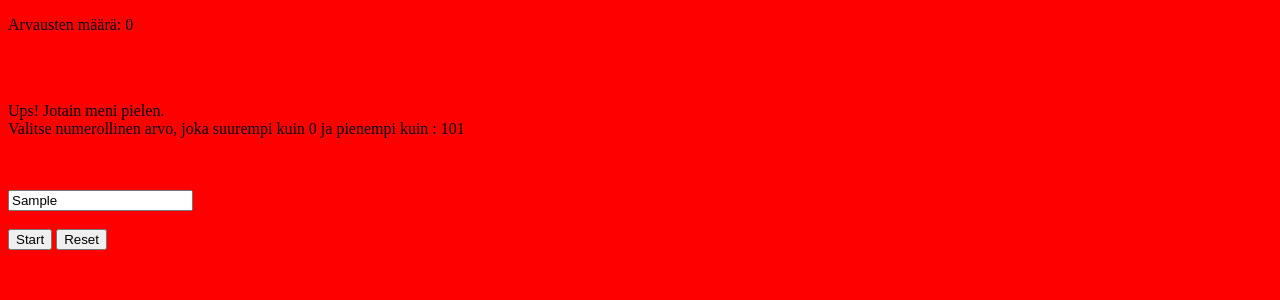
Repository: VadimZubchenko/numeronarvouspeli_JS
Page: public/index.html
An editor plug-in stored every save of this project. The page is shown before and after the next save, followed by the edit.
The browser window is 1280 px wide. The pictures show the whole page.
Empty fields were first filled with sample values (such as "Sample", 5 or name@example.com).
After loading, the first visible `#startGame` was clicked once.

Above is the page before, as saved 2022-04-25 22:28:12.

After the next save:
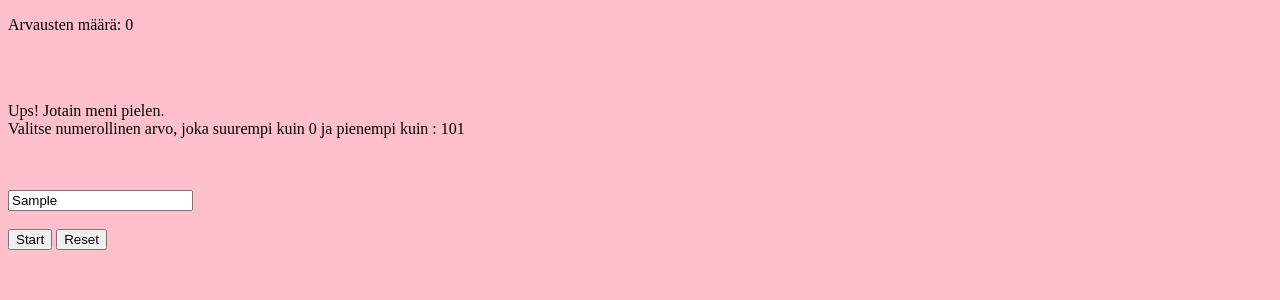
Saved 81 s later.
--- a/public/script.js
+++ b/public/script.js
@@ -42,7 +42,7 @@ function startGame() {
       lastMin +
       " ja pienempi kuin : " +
       lastMax;
-    document.body.style.backgroundColor = "red";
+    document.body.style.backgroundColor = "pink";
   }
   document.getElementById("maara").innerHTML = "Arvausten määrä: " + kpl;
   console.log("min:" + lastMin);
